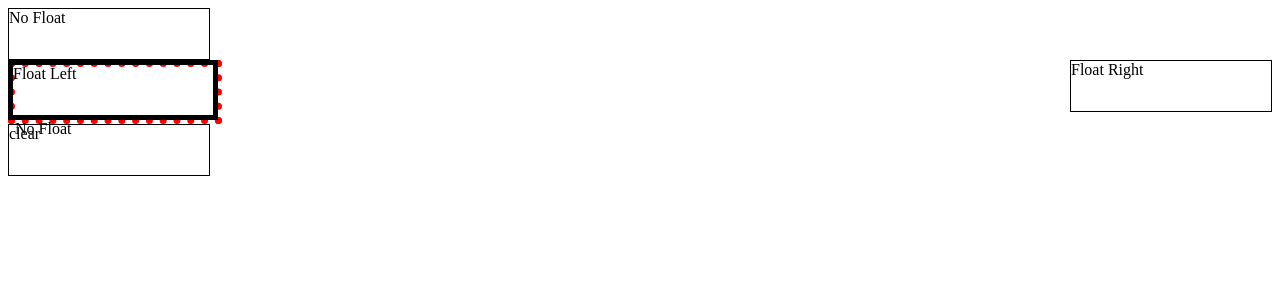
Repository: Seonhanbit/dev
Page: work_frontend/CSSEx/WebContent/09positioning/03.float.html
The author's editor kept a copy of each file at every save. The page is drawn from the files as they stood at one save, then again after the next save.
The browser window is 1280 px wide. The pictures show the whole page.

Above is the page before, as saved 2019-08-27 05:15:27.

After the next save:
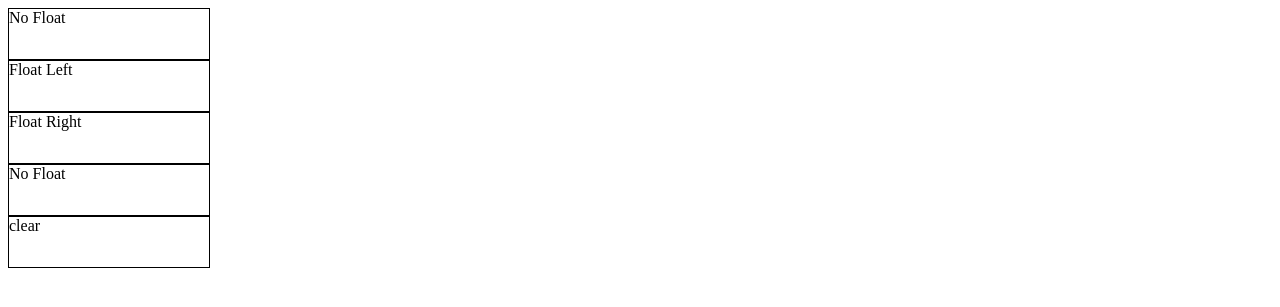
Saved 28 min 36 s later.
--- a/work_frontend/CSSEx/WebContent/09positioning/03.float.html
+++ b/work_frontend/CSSEx/WebContent/09positioning/03.float.html
@@ -6,12 +6,12 @@
 <style type="text/css">
 div{width:200px;height:50px; border:1px solid #000;}
 
-.a{float:left; border:5px solid #000;}
+/* .a{float:left; border:5px solid #000;}
 .b{float:right;}
 
 .c{border: 7px dotted #f00; }
 
-.d{clear:both;}
+.d{clear:both;} */
 
 </style>
 </head>

After the save that followed:
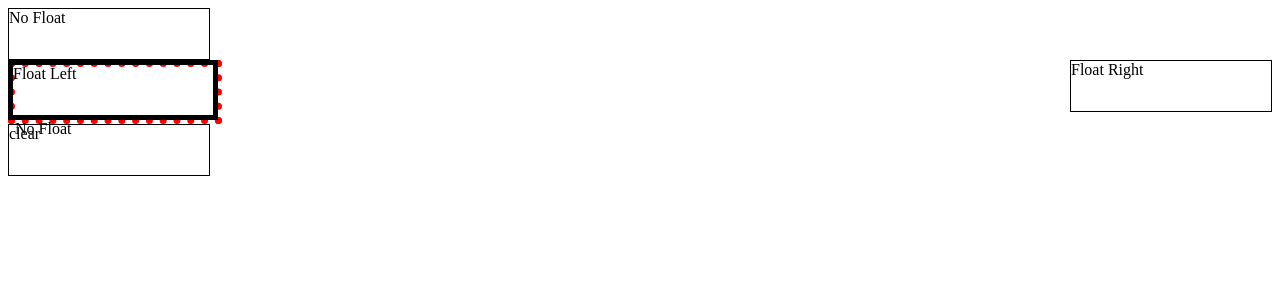
Saved 66 s later.
--- a/work_frontend/CSSEx/WebContent/09positioning/03.float.html
+++ b/work_frontend/CSSEx/WebContent/09positioning/03.float.html
@@ -6,12 +6,12 @@
 <style type="text/css">
 div{width:200px;height:50px; border:1px solid #000;}
 
-/* .a{float:left; border:5px solid #000;}
+.a{float:left; border:5px solid #000;}
 .b{float:right;}
 
 .c{border: 7px dotted #f00; }
 
-.d{clear:both;} */
+.d{clear:both;}
 
 </style>
 </head>
